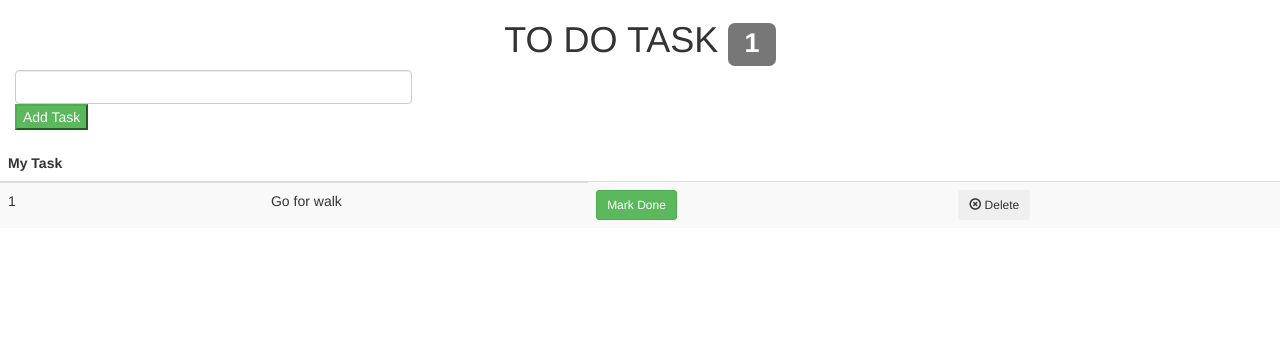
Repository: HemlataSachdeva/ToDoTestWS
Page: http://localhost/ToDoTest/
These files come from the project's save history. The page is drawn as it stood at one moment and after the next save; the edit follows.
The browser window is 1280 px wide. The pictures show the whole page.
Some web libraries are served in a nearby version. The page is served by Tomcat 9. Other server files are loaded and not shown.

Above is the page before, as saved 2018-01-15 17:04:16.

### ToDoTest/WebContent/index.jsp
<!-- <!DOCTYPE html>
<html>
<script src="https://ajax.googleapis.com/ajax/libs/angularjs/1.6.4/angular.min.js"></script>
<body ng-app="myApp" ng-controller="todoCtrl">

<h2>My Todo List</h2>

<form ng-submit="todoAdd()">
    <input type="text" ng-model="todoInput" size="50" placeholder="Add New">
    <input type="submit" value="Add New">
</form>

<br>

<div ng-repeat="x in todoList">
    <input type="checkbox" ng-model="x.done"> <span ng-bind="x.todoText"></span>
</div>

<p><button ng-click="remove()">Remove marked</button></p>

<script>
var app = angular.module('myApp', []);
app.controller('todoCtrl', function($scope) {
    $scope.todoList = [{todoText:'Clean House', done:false}];

    $scope.todoAdd = function() {
        $scope.todoList.push({todoText:$scope.todoInput, done:false});
        $scope.todoInput = "";
    };

    $scope.remove = function() {
        var oldList = $scope.todoList;
        $scope.todoList = [];
        angular.forEach(oldList, function(x) {
            if (!x.done) $scope.todoList.push(x);
        });
    };
});
</script>

</body>
</html>
 -->


 <!doctype html>
<html ng-app="myApp">
  <head>
    <title>My Angular App</title>
 <link rel="stylesheet" href="http://maxcdn.bootstrapcdn.com/bootstrap/3.3.7/css/bootstrap.min.css">
 <script src="https://cdnjs.cloudflare.com/ajax/libs/jquery/3.1.0/jquery.min.js"></script>
 <script src="https://maxcdn.bootstrapcdn.com/bootstrap/3.3.7/js/bootstrap.min.js"></script>
    <script src="https://ajax.googleapis.com/ajax/libs/angularjs/1.5.6/angular.min.js"></script>
 <style>
        .strike {
    text-decoration: line-through;
        }
    </style>
 <script type="text/javascript">
 var myToApp=angular.module("myApp",[]);

 var toDoList=[{task:'Go for walk',done:false,status:false}];




 myToApp.controller('myCtrl',function($scope){
 $scope.todo = toDoList;
 $scope.addTask=function(){

 $scope.todo.push({task:$scope.mtask,done:false,status:false});


 };
 $scope.removeTask=function(index){
 $scope.todo.splice(index, 1)



 };
 $scope.markDone=function(index){
 $scope.todo[index]={task:$scope.todo[index].task,done:true,status:true};




 };


 });
 </script>
  </head>
  <body ng-controller="myCtrl">
<h1 align="center">TO DO TASK
<span class="label label-default">{{todo.length}}</span>
</h1>
<div class="form-group col-sm-4">
<input type="text" id="entertask" class="form-control input-sm-6" ng-model="mtask"/>
<input type="button" id="addtask" value="Add Task" class="btn-success" ng-click="addTask()"/>

</div>
  <table class="table table-striped" >
  <thead>
  <tr>

  <th>My Task</th>
  <th></th>
  </tr>
  </thead>
  <tbody>
<tr ng-repeat="mytask in todo">
<td>{{$index+1}}</td>
<td><span ng-class="{strike:mytask.status }" ng-bind="mytask.task"></span></td>
<td><button type="button" id="markdone" ng-click="markDone($index)" class="btn btn-success btn-sm">
           Mark Done
        </button>
</td>
<td><button type="button" id="removetask" ng-click="removeTask($index)" class="btn btn-failure btn-sm">
          <span class="glyphicon glyphicon-remove-circle"></span> Delete
        </button>
</td>

</tr>
  </tbody>

  </table>

  </body>

</html>

After the next save:
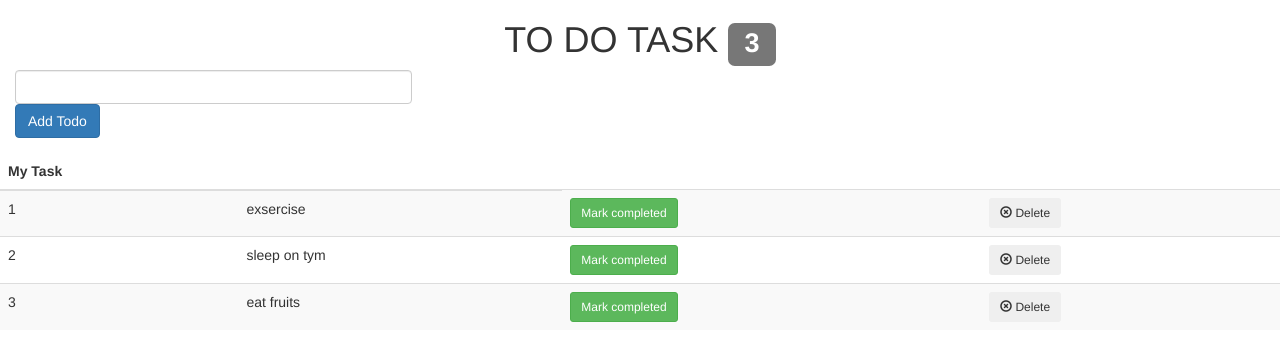
Saved 16 min 1 s later.
--- a/ToDoTest/WebContent/index.jsp
+++ b/ToDoTest/WebContent/index.jsp
@@ -57,16 +57,18 @@ app.controller('todoCtrl', function($scope) {
         }
     </style>
  <script type="text/javascript">
- var myToApp=angular.module("myApp",[]);
+ var mainApp=angular.module("myApp",[]);
 
- var toDoList=[{task:'Go for walk',done:false,status:false}];
+ var toDoList=[{task:'exsercise',done:false,status:false},
+	 {task:'sleep on tym',done:false,status:false},
+	 {task:'eat fruits',done:false,status:false}];
 
 
 
 
- myToApp.controller('myCtrl',function($scope){
+ mainApp.controller('myCtrl',function($scope){
  $scope.todo = toDoList;
- $scope.addTask=function(){
+ $scope.addTodo=function(){
 
  $scope.todo.push({task:$scope.mtask,done:false,status:false});
 
@@ -78,7 +80,7 @@ app.controller('todoCtrl', function($scope) {
 
 
  };
- $scope.markDone=function(index){
+ $scope.complted=function(index){
  $scope.todo[index]={task:$scope.todo[index].task,done:true,status:true};
 
 
@@ -96,7 +98,7 @@ app.controller('todoCtrl', function($scope) {
 </h1>
 <div class="form-group col-sm-4">
 <input type="text" id="entertask" class="form-control input-sm-6" ng-model="mtask"/>
-<input type="button" id="addtask" value="Add Task" class="btn-success" ng-click="addTask()"/>
+<input type="button" id="addtask" value="Add Todo" class="btn btn-primary" ng-click="addTodo()"/>
 
 </div>
   <table class="table table-striped" >
@@ -111,8 +113,8 @@ app.controller('todoCtrl', function($scope) {
 <tr ng-repeat="mytask in todo">
 <td>{{$index+1}}</td>
 <td><span ng-class="{strike:mytask.status }" ng-bind="mytask.task"></span></td>
-<td><button type="button" id="markdone" ng-click="markDone($index)" class="btn btn-success btn-sm">
-           Mark Done
+<td><button type="button" id="complted" ng-click="complted($index)" class="btn btn-success btn-sm">
+           Mark completed
         </button>
 </td>
 <td><button type="button" id="removetask" ng-click="removeTask($index)" class="btn btn-failure btn-sm">
